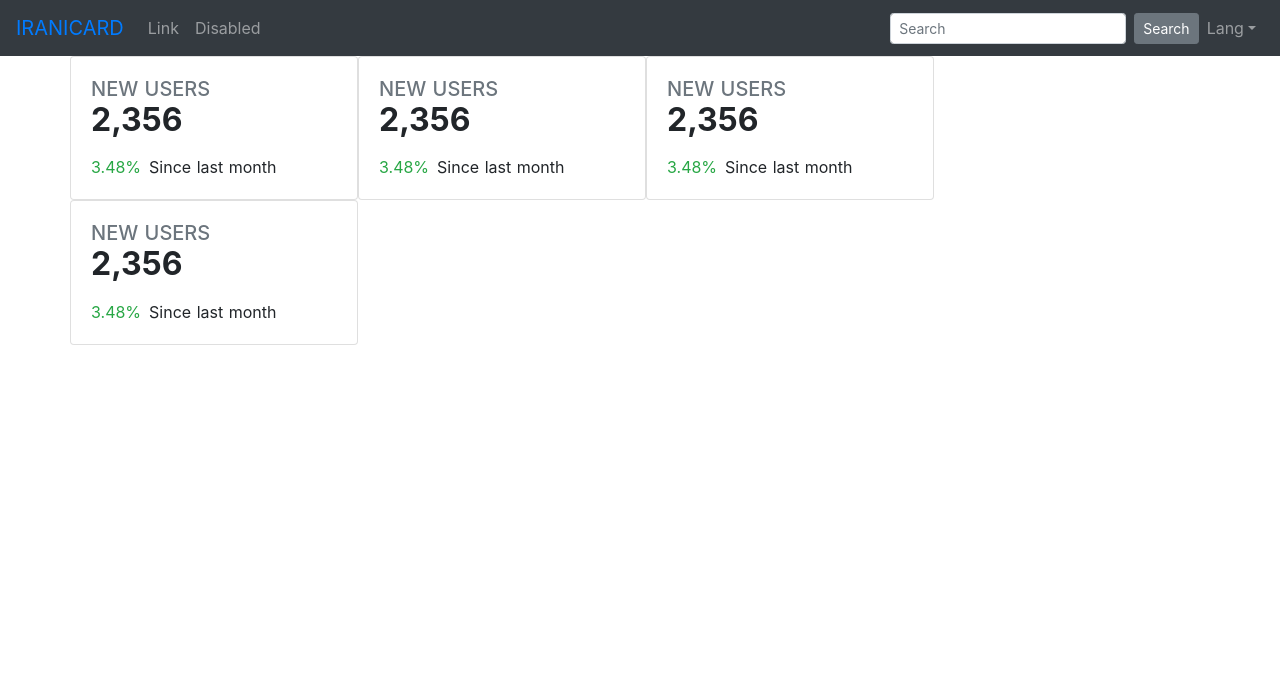
Repository: hosseinemami1370/iranicard
Page: /user
These files come from the project's save history. The page is drawn as it stood at one moment and after the next save; the edit follows.
The browser window is 1280 px wide. The pictures show the whole page.
The page's requests for data from a server got no answer. The project was rebuilt for these pictures with package versions that can differ from the ones it lists, and the page was loaded fresh each time. The framework's server and built-in components were replaced by stand-ins that run in the browser. No one was signed in, and anything a server would have sent is missing. Also part of the build but not shown: nuxt.config.js, components/Header.vue, components/Logo.vue, components/UI/AppButton.vue, layouts/admin.vue, layouts/error.vue.

Above is the page before, as saved 2021-03-16 01:07:13.

After the next save:
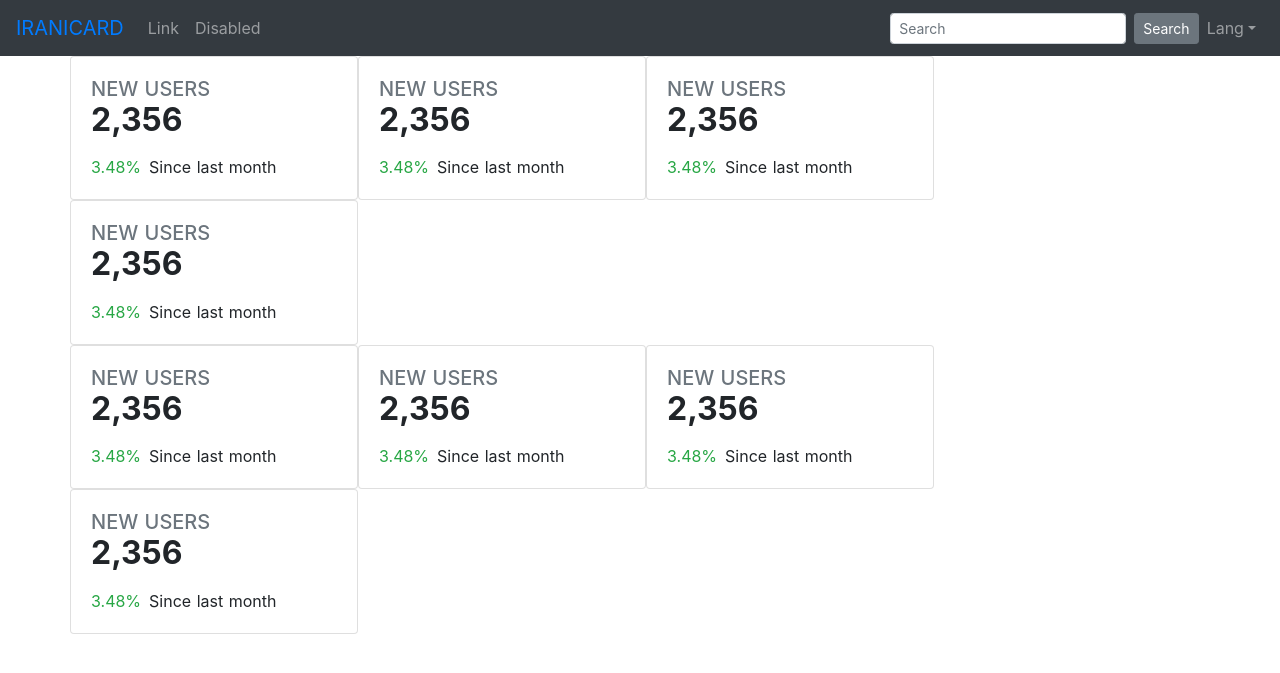
Saved 8 s later.
--- a/pages/user/index.vue
+++ b/pages/user/index.vue
@@ -90,7 +90,96 @@
   </div>
 </div>
 </b-row>
-
+<b-row>
+   <div style="width: 18rem;">
+  <div class="card card-stats">
+    <!-- Card body -->
+    <div class="card-body">
+      <div class="row">
+        <div class="col">
+            <h5 class="card-title text-uppercase text-muted mb-0">New users</h5>
+            <span class="h2 font-weight-bold mb-0">2,356</span>
+        </div>
+        <div class="col-auto">
+          <div class="icon icon-shape bg-orange text-white rounded-circle shadow">
+              <i class="ni ni-chart-pie-35"></i>
+          </div>
+        </div>
+      </div>
+      <p class="mt-3 mb-0 text-sm">
+          <span class="text-success mr-2"><i class="fa fa-arrow-up"></i> 3.48%</span>
+          <span class="text-nowrap">Since last month</span>
+      </p>
+    </div>
+  </div>
+</div>
+<div style="width: 18rem;">
+  <div class="card card-stats">
+    <!-- Card body -->
+    <div class="card-body">
+      <div class="row">
+        <div class="col">
+            <h5 class="card-title text-uppercase text-muted mb-0">New users</h5>
+            <span class="h2 font-weight-bold mb-0">2,356</span>
+        </div>
+        <div class="col-auto">
+          <div class="icon icon-shape bg-orange text-white rounded-circle shadow">
+              <i class="ni ni-chart-pie-35"></i>
+          </div>
+        </div>
+      </div>
+      <p class="mt-3 mb-0 text-sm">
+          <span class="text-success mr-2"><i class="fa fa-arrow-up"></i> 3.48%</span>
+          <span class="text-nowrap">Since last month</span>
+      </p>
+    </div>
+  </div>
+</div>
+<div style="width: 18rem;">
+  <div class="card card-stats">
+    <!-- Card body -->
+    <div class="card-body">
+      <div class="row">
+        <div class="col">
+            <h5 class="card-title text-uppercase text-muted mb-0">New users</h5>
+            <span class="h2 font-weight-bold mb-0">2,356</span>
+        </div>
+        <div class="col-auto">
+          <div class="icon icon-shape bg-orange text-white rounded-circle shadow">
+              <i class="ni ni-chart-pie-35"></i>
+          </div>
+        </div>
+      </div>
+      <p class="mt-3 mb-0 text-sm">
+          <span class="text-success mr-2"><i class="fa fa-arrow-up"></i> 3.48%</span>
+          <span class="text-nowrap">Since last month</span>
+      </p>
+    </div>
+  </div>
+</div>
+<div style="width: 18rem;">
+  <div class="card card-stats">
+    <!-- Card body -->
+    <div class="card-body">
+      <div class="row">
+        <div class="col">
+            <h5 class="card-title text-uppercase text-muted mb-0">New users</h5>
+            <span class="h2 font-weight-bold mb-0">2,356</span>
+        </div>
+        <div class="col-auto">
+          <div class="icon icon-shape bg-orange text-white rounded-circle shadow">
+              <i class="ni ni-chart-pie-35"></i>
+          </div>
+        </div>
+      </div>
+      <p class="mt-3 mb-0 text-sm">
+          <span class="text-success mr-2"><i class="fa fa-arrow-up"></i> 3.48%</span>
+          <span class="text-nowrap">Since last month</span>
+      </p>
+    </div>
+  </div>
+</div>
+</b-row>
     <!-- <b-row>
       <b-col>
         <div>
